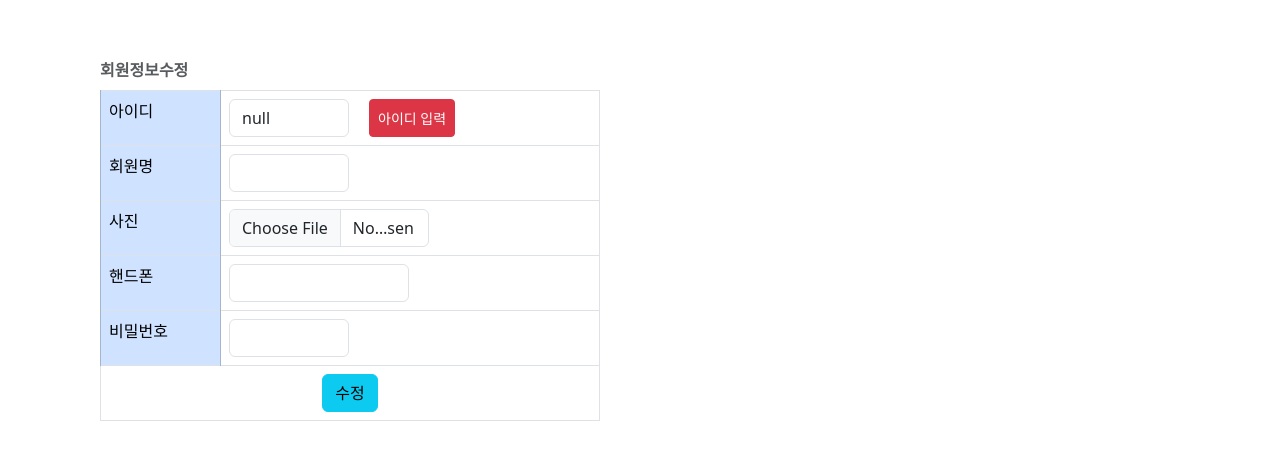
Repository: JunbroGit/SistProject
Page: http://localhost/jsaAjaxProject/mem_gaip/updateForm.jsp
An editor plug-in stored every save of this project. The page is shown before and after the next save, followed by the edit.
The browser window is 1280 px wide. The pictures show the whole page.
Some web fonts or font styles are not loaded; a fallback is used. The page is served by Tomcat 9. Other server files are loaded and not shown. Queries for data that is not in the repository find no rows.

Above is the page before, as saved 2024-03-19 00:34:32.

### jspwork/jsaAjaxProject/src/main/webapp/mem_gaip/updateForm.jsp
<%@page import="mem_gaip.model.MemgaipDto"%>
<%@page import="mem_gaip.model.MemgaipDao"%>
<%@ page language="java" contentType="text/html; charset=UTF-8"
    pageEncoding="UTF-8"%>
<!DOCTYPE html>
<html>
<head>
<meta charset="UTF-8">
<link href="https://cdn.jsdelivr.net/npm/bootstrap@5.3.2/dist/css/bootstrap.min.css" rel="stylesheet">
<link href="https://fonts.googleapis.com/css2?family=Dongle&family=Gaegu&family=Nanum+Myeongjo&family=Nanum+Pen+Script&family=Noto+Sans+KR:wght@100..900&display=swap" rel="stylesheet">
<script src="https://code.jquery.com/jquery-3.7.0.js"></script>
<title>Insert title here</title>
<%
	String m_num=request.getParameter("m_num");
	MemgaipDao dao=new MemgaipDao();
	MemgaipDto dto=dao.getData(m_num);
%>
<script type="text/javascript">
	function openId(){
		window.open("idSearch.jsp", "idcheck",  "left=100,top=100,width=400,height=200");
	}

	$(function(){

		$("#btnupdate").click(function(){
			if(mfrm.m_id.value.length==0){
				alert("아이디 입력버튼을 눌러유");
				return false; //form action호출 안됨
			}
		})
	})
</script>
</head>
<body>
<div style="margin: 50px 100px; width: 500px;">
	<form action="updateMember.jsp" method="post">
	<input type="hidden" name="m_num" value="<%=m_num%>">
		<table class="table table-bordered">
			<caption align="top"><b>회원정보수정</b></caption>
			<tr>
				<td width="120" class="table-primary">아이디</td>
				<td>
					<div class="d-inline-flex">
						<input type="text" class="form-control" style="width: 120px;" name="m_id" required="required" value="<%=dto.getM_id()%>">
						<button type="button" class="btn btn-danger btn-sm" style="margin-left: 20px;" onclick="openId()">아이디 입력</button>
					</div>
				</td>
			</tr>
			<tr>
				<td width="120" class="table-primary">회원명</td>
				<td>
					<input type="text" class="form-control" style="width: 120px;" name="m_name" required="required">
				</td>
			</tr>
			<tr>
				<td width="120" class="table-primary">사진</td>
				<td>
					<input type="file" class="form-control" style="width: 200px;" name="m_photo">
				</td>
			</tr>
			<tr>
				<td width="120" class="table-primary">핸드폰</td>
				<td>
					<input type="text" class="form-control" style="width: 180px;" name="m_hp" required="required">
				</td>
			</tr>
			<tr>
				<td width="120" class="table-primary">비밀번호</td>
				<td>
					<input type="password" class="form-control" style="width: 120px;" name="m_pass" required="required">
				</td>
			</tr>
			<tr>
				<td colspan="2" align="center">
					<button type="submit" class="btn btn-info" id="btnupdate">수정</button>
				</td>
			</tr>
		</table>
	</form>
</div>
</body>
</html>

### jspwork/jsaAjaxProject/src/main/java/mem_gaip/model/MemgaipDao.java
package mem_gaip.model;

import java.sql.Connection;
import java.sql.PreparedStatement;
import java.sql.ResultSet;
import java.sql.SQLException;
import java.util.ArrayList;
import java.util.List;

import mysql.db.DbConnect;

public class MemgaipDao {

	DbConnect db=new DbConnect();

	//아이디가 존재하면 true리턴
	public boolean isIdCheck(String m_id) {

		boolean b=false; //있을 경우에만 true로 변경

		Connection conn=db.getConnection();
		PreparedStatement pstmt=null;
		ResultSet rs=null;

		String sql="select * from memgaip where m_id=?";

		try {
			pstmt=conn.prepareStatement(sql);
			pstmt.setString(1, m_id);
			rs=pstmt.executeQuery();

			if(rs.next()) {

				b=true;
			}
		} catch (SQLException e) {
			// TODO Auto-generated catch block
			e.printStackTrace();
		}finally {
			db.dbClose(rs, pstmt, conn);
		}

		return b;
	}

	public void insertMemgaip(MemgaipDto dto) {

		Connection conn=db.getConnection();
		PreparedStatement pstmt=null;

		String sql="insert into memgaip values(null,?,?,?,?,?,now())";

		try {
			pstmt=conn.prepareStatement(sql);

			pstmt.setString(1, dto.getM_id());
			pstmt.setString(2, dto.getM_pass());
			pstmt.setString(3, dto.getM_name());
			pstmt.setString(4, dto.getM_hp());
			pstmt.setString(5, dto.getM_photo());

			pstmt.execute();
		} catch (SQLException e) {
			// TODO Auto-generated catch block
			e.printStackTrace();
		}finally {
			db.dbClose(pstmt, conn);
		}
	}

	public List<MemgaipDto> getAllDatas(){

		List<MemgaipDto> list=new ArrayList<MemgaipDto>();

		Connection conn=db.getConnection();
		PreparedStatement pstmt=null;
		ResultSet rs=null;

		String sql="select * from memgaip order by m_id";

		try {
			pstmt=conn.prepareStatement(sql);
			rs=pstmt.executeQuery();

			while(rs.next()) {

				MemgaipDto dto=new MemgaipDto();

				dto.setM_num(rs.getString("m_num"));
				dto.setM_id(rs.getString("m_id"));
				dto.setM_name(rs.getString("m_name"));
				dto.setM_hp(rs.getString("m_hp"));
				dto.setM_photo(rs.getString("m_photo"));
				dto.setGaipday(rs.getTimestamp("gaipday"));

				list.add(dto);
			}
		} catch (SQLException e) {
			// TODO Auto-generated catch block
			e.printStackTrace();
		}finally {
			db.dbClose(rs, pstmt, conn);
		}
		return list;
	}

	public MemgaipDto getData(String m_num) {

		MemgaipDto dto=new MemgaipDto();

		Connection conn=db.getConnection();
		PreparedStatement pstmt=null;
		ResultSet rs=null;

		String sql="select * from memgaip where m_num=?";

		try {
			pstmt=conn.prepareStatement(sql);
			pstmt.setString(1, m_num);
			rs=pstmt.executeQuery();

			if(rs.next()) {

				dto.setM_num(rs.getString("m_num"));
				dto.setM_id(rs.getString("m_id"));
				dto.setM_name(rs.getString("m_name"));
				dto.setM_hp(rs.getString("m_hp"));
				dto.setM_photo(rs.getString("m_photo"));
				dto.setGaipday(rs.getTimestamp("gaipday"));
			}
		} catch (SQLException e) {
			// TODO Auto-generated catch block
			e.printStackTrace();
		}db.dbClose(rs, pstmt, conn);

		return dto;
	}

	public boolean isEqualPass(String m_num,String m_pass) {

		boolean b=false;

		Connection conn=db.getConnection();
		PreparedStatement pstmt=null;
		ResultSet rs=null;

		String sql="select count(*) from memgaip where m_num=? and m_pass=?";

		try {
			pstmt=conn.prepareStatement(sql);
			pstmt.setString(1, m_num);
			pstmt.setString(2, m_pass);
			rs=pstmt.executeQuery();

			if(rs.next()) {

				if(rs.getInt(1)==1)
					b=true;
			}
		} catch (SQLException e) {
			// TODO Auto-generated catch block
			e.printStackTrace();
		}finally {
			db.dbClose(rs, pstmt, conn);
		}

		return b;
	}

	public void deleteMemgaip(String m_num) {

		Connection conn=db.getConnection();
		PreparedStatement pstmt=null;

		String sql="delete from memgaip where m_num=?";

		try {
			pstmt=conn.prepareStatement(sql);
			pstmt.setString(1, m_num);
			pstmt.execute();
		} catch (SQLException e) {
			// TODO Auto-generated catch block
			e.printStackTrace();
		}finally {
			db.dbClose(pstmt, conn);
		}
	}

	public void updateMemgaip(MemgaipDto dto) {

		Connection conn=db.getConnection();
		PreparedStatement pstmt=null;

		String sql="update memgaip set m_id=?,m_name=?,m_photo=?,m_hp=? where m_num=?";

		try {
			pstmt=conn.prepareStatement(sql);

			pstmt.setString(1, dto.getM_id());
			pstmt.setString(2, dto.getM_name());
			pstmt.setString(3, dto.getM_photo());
			pstmt.setString(4, dto.getM_hp());
			pstmt.setString(5, dto.getM_num());

			pstmt.execute();
		} catch (SQLException e) {
			// TODO Auto-generated catch block
			e.printStackTrace();
		}finally {
			db.dbClose(pstmt, conn);
		}
	}
}

### jspwork/jsaAjaxProject/src/main/java/mysql/db/DbConnect.java
package mysql.db;

import java.sql.Connection;
import java.sql.DriverManager;
import java.sql.PreparedStatement;
import java.sql.ResultSet;
import java.sql.SQLException;
import java.sql.Statement;

public class DbConnect {

	static final String MYSQLDRIVER="com.mysql.cj.jdbc.Driver";
	static final String MYSQL_URL="jdbc:mysql://localhost:3306/coffee";

	public DbConnect() {
		try {
			Class.forName(MYSQLDRIVER);
			System.out.println("mysql 드라이버성공");
		} catch (ClassNotFoundException e) {
			// TODO Auto-generated catch block
			//e.printStackTrace();
			System.out.println("mysql 드라이버 실패"+e.getMessage());
		}
	}


	public Connection getConnection()
	{
		Connection conn=null;

		try {
			conn=DriverManager.getConnection(MYSQL_URL, "junbro", "1234");
			System.out.println("MYSQL계정연결성공");
		} catch (SQLException e) {
			// TODO Auto-generated catch block
			e.printStackTrace();
			System.out.println("MYSQL연결실패: "+e.getMessage());
		}


		return conn;
	}

	//close 총 4개 오버로딩
	public void dbClose(ResultSet rs,Statement stmt,Connection conn)
	{

			try {
				if(rs!=null) rs.close();
				if(stmt!=null) stmt.close();
				if(conn!=null) conn.close();
			} catch (SQLException e) {
				// TODO Auto-generated catch block
				e.printStackTrace();
			}
	}

	public void dbClose(Statement stmt,Connection conn)
	{

			try {

				if(stmt!=null) stmt.close();
				if(conn!=null) conn.close();
			} catch (SQLException e) {
				// TODO Auto-generated catch block
				e.printStackTrace();
			}
	}

	public void dbClose(ResultSet rs,PreparedStatement pstmt,Connection conn)
	{

			try {
				if(rs!=null) rs.close();
				if(pstmt!=null) pstmt.close();
				if(conn!=null) conn.close();
			} catch (SQLException e) {
				// TODO Auto-generated catch block
				e.printStackTrace();
			}
	}

	public void dbClose(PreparedStatement pstmt,Connection conn)
	{

			try {

				if(pstmt!=null) pstmt.close();
				if(conn!=null) conn.close();
			} catch (SQLException e) {
				// TODO Auto-generated catch block
				e.printStackTrace();
			}
	}


}

### jspwork/jsaAjaxProject/src/main/java/mem_gaip/model/MemgaipDto.java
package mem_gaip.model;

import java.sql.Timestamp;

public class MemgaipDto {

	private String m_num;
	private String m_id;
	private String m_pass;
	private String m_name;
	private String m_hp;
	private String m_photo;
	private Timestamp gaipday;

	public String getM_num() {
		return m_num;
	}
	public void setM_num(String m_num) {
		this.m_num = m_num;
	}
	public String getM_id() {
		return m_id;
	}
	public void setM_id(String m_id) {
		this.m_id = m_id;
	}
	public String getM_pass() {
		return m_pass;
	}
	public void setM_pass(String m_pass) {
		this.m_pass = m_pass;
	}
	public String getM_name() {
		return m_name;
	}
	public void setM_name(String m_name) {
		this.m_name = m_name;
	}
	public String getM_hp() {
		return m_hp;
	}
	public void setM_hp(String m_hp) {
		this.m_hp = m_hp;
	}
	public String getM_photo() {
		return m_photo;
	}
	public void setM_photo(String m_photo) {
		this.m_photo = m_photo;
	}
	public Timestamp getGaipday() {
		return gaipday;
	}
	public void setGaipday(Timestamp gaipday) {
		this.gaipday = gaipday;
	}

}

After the next save:
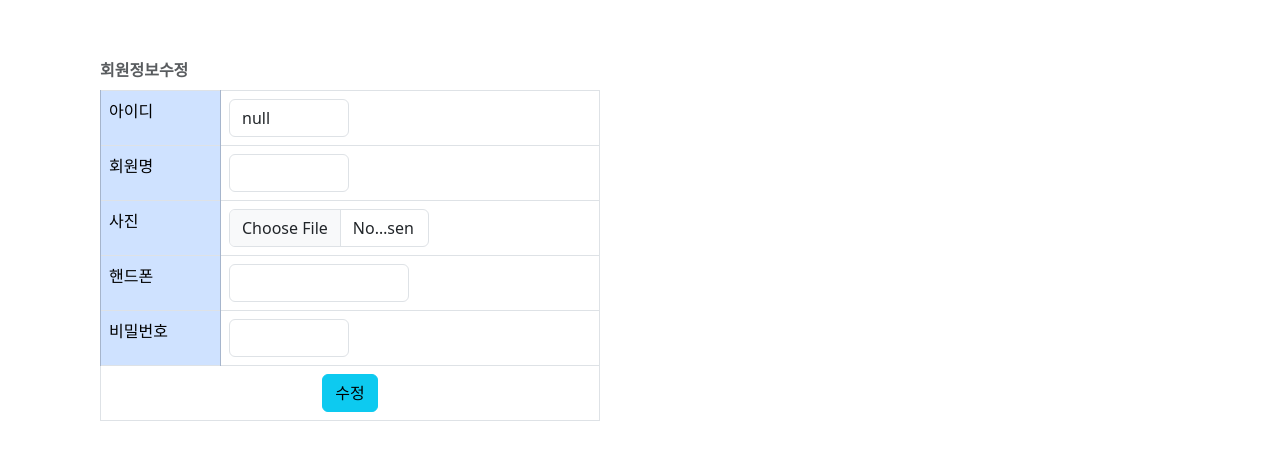
Saved 46 s later.
--- a/jspwork/jsaAjaxProject/src/main/webapp/mem_gaip/updateForm.jsp
+++ b/jspwork/jsaAjaxProject/src/main/webapp/mem_gaip/updateForm.jsp
@@ -41,8 +41,7 @@
 				<td width="120" class="table-primary">아이디</td>
 				<td>
 					<div class="d-inline-flex">
-						<input type="text" class="form-control" style="width: 120px;" name="m_id" required="required" value="<%=dto.getM_id()%>">
-						<button type="button" class="btn btn-danger btn-sm" style="margin-left: 20px;" onclick="openId()">아이디 입력</button>
+						<input type="text" class="form-control" style="width: 120px;" name="m_id" readonly="readonly" value="<%=dto.getM_id()%>">
 					</div>
 				</td>
 			</tr>
